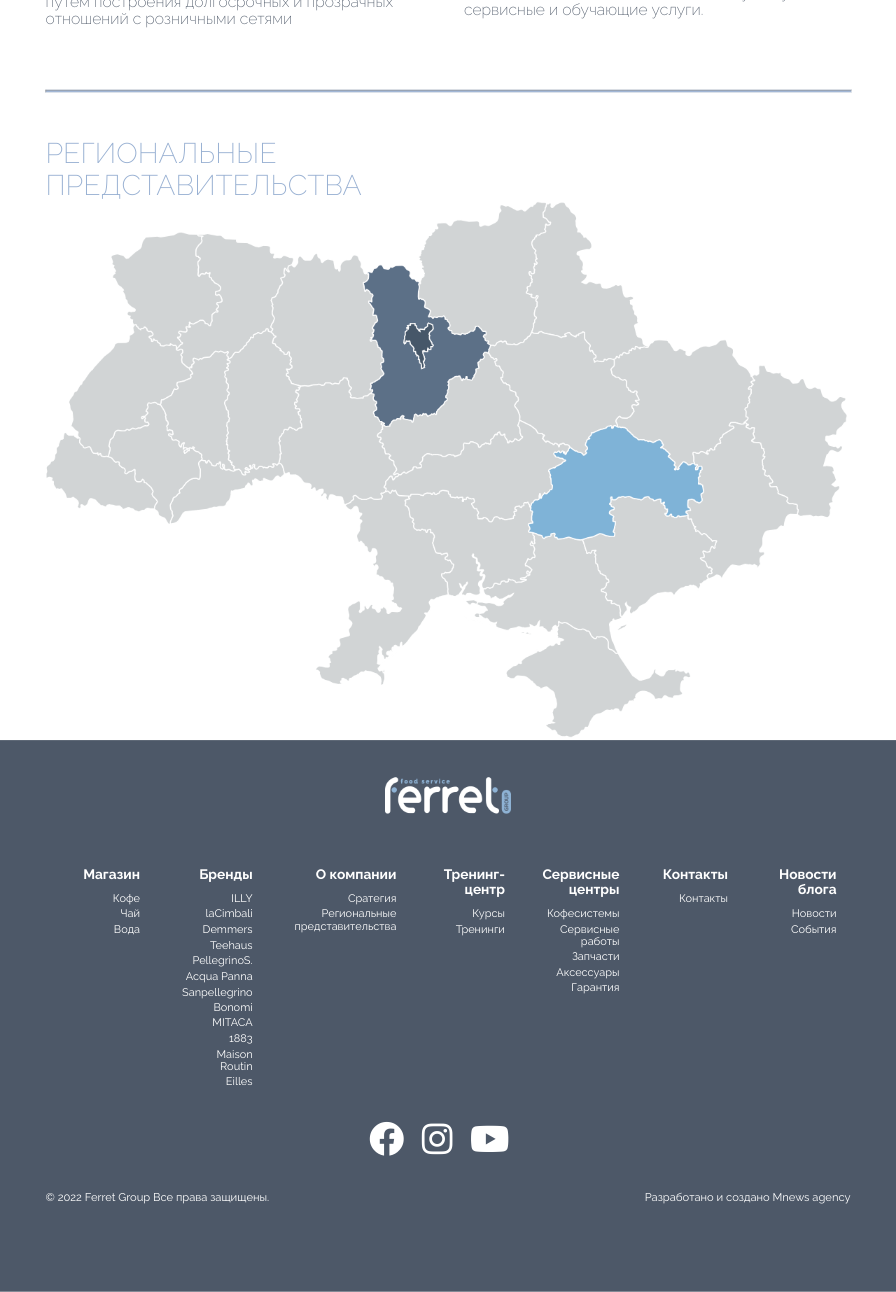
Repository: fanbear/ferret
Page: about.html
The author's editor kept a copy of each file at every save. The page is drawn from the files as they stood at one save, then again after the next save.
The browser window is 1280 px wide. The pictures show the part of the page from y = 1305 to 3225 px (the page is 3151 px tall before and 3225 px after), at 70% of full size.

Above is the page before, as saved 2022-02-03 14:06:35.

After the next save:
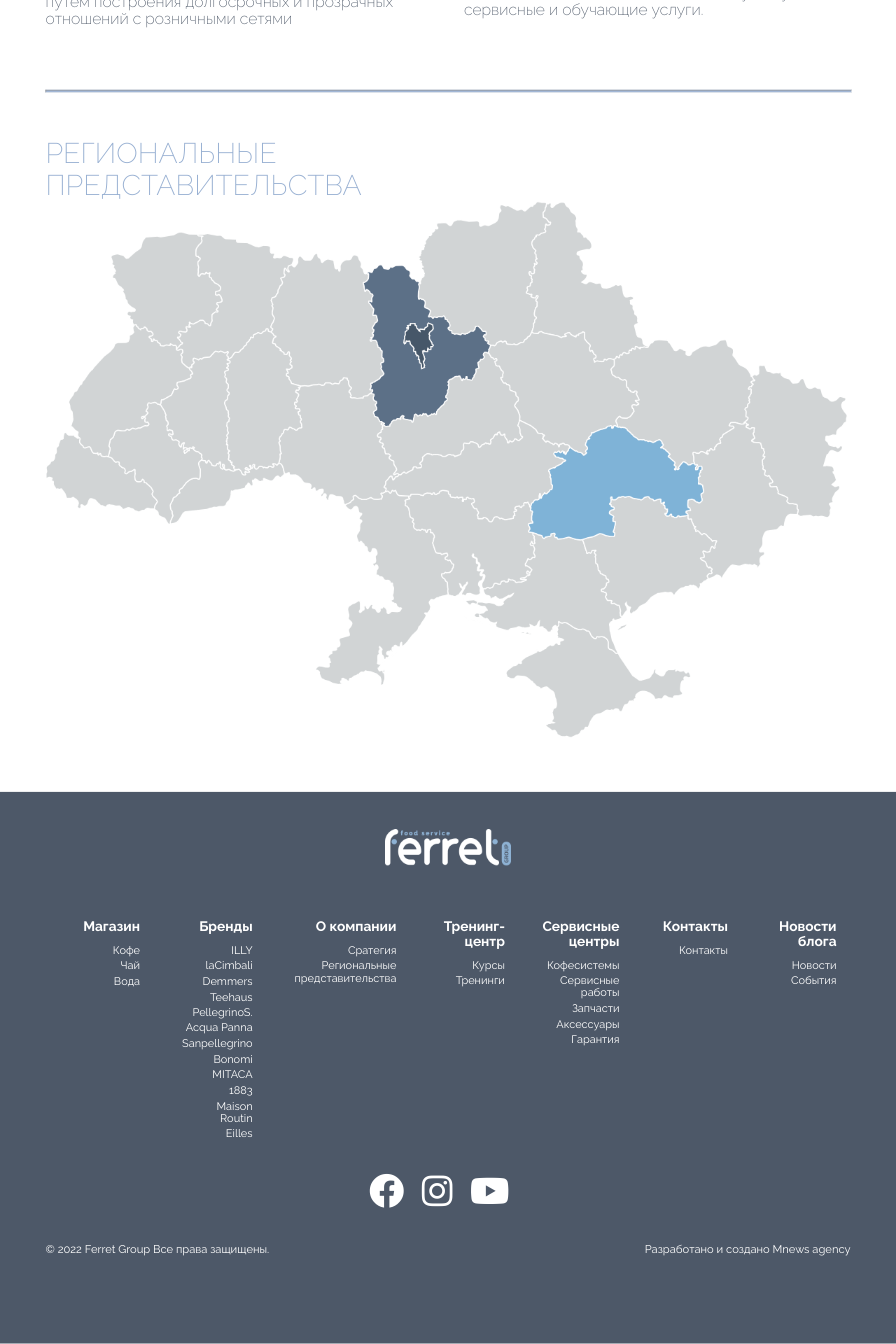
Saved 51 s later.
--- a/about.html
+++ b/about.html
@@ -103,7 +103,14 @@
                     <div class="about__map-img">
                         <img src="./img/map.png" alt="РЕГИОНАЛЬНЫЕ ПРЕДСТАВИТЕЛЬСТВА ferretGroup">
                     </div>
-                    <div class="about__map-desc"></div>
+                    <div class="about__map-desc">
+                        <ul>
+                            <li>Центральный офис, складские помещения в Киеве</li>
+                            <li>Региональный офис</li>
+                            <li>Дистрибьюторская сеть во всех крупных населенных
+                                пунктах Украины</li>
+                        </ul>
+                    </div>
                 </div>
             </div>
         </section>
